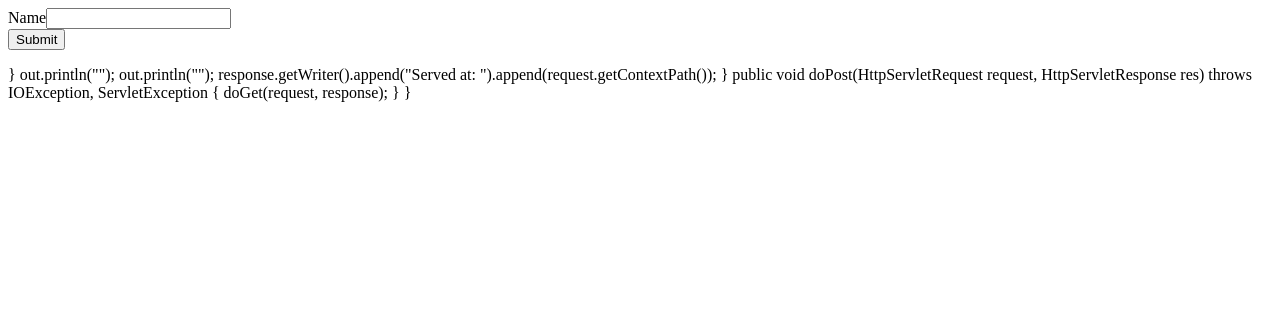
Repository: umng/Learn-to-Program
Page: Java/CTS_SFDC/workspace/Validate Player details/WebContent/index.html
An editor plug-in stored every save of this project. The page is shown before and after the next save, followed by the edit.
The browser window is 1280 px wide. The pictures show the whole page.

Above is the page before, as saved 2017-02-23 08:32:39.

### Java/CTS_SFDC/workspace/Validate Player details/WebContent/index.html
<html>
	<body>
		<form action="Welcome" method="GET">
			Name<input type=text name=name>
			<br>
			<input type=submit name=submit>
		</form>
	</body>
</html>
        }
        out.println("</body>");
        out.println("</html>");
		response.getWriter().append("Served at: ").append(request.getContextPath());
    }

    public void doPost(HttpServletRequest request, HttpServletResponse res)
    throws IOException, ServletException
    {
        doGet(request, response);
    }
}

After the next save:
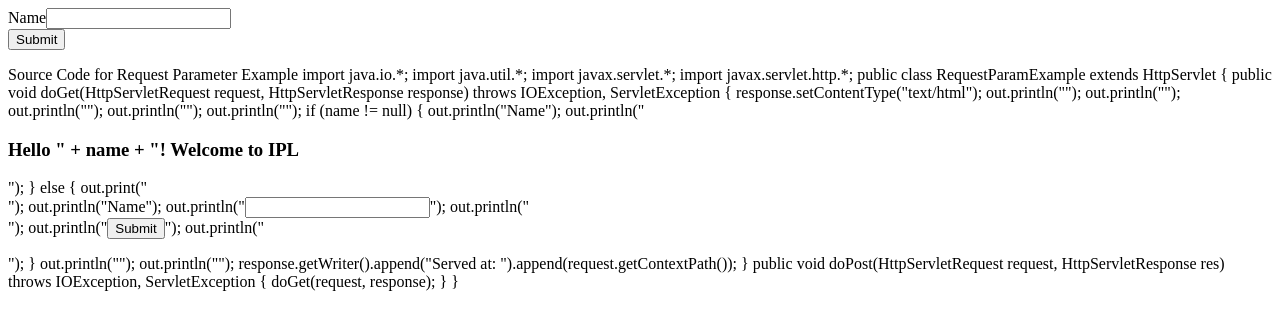
Saved 6 s later.
--- a/Java/CTS_SFDC/workspace/Validate Player details/WebContent/index.html
+++ b/Java/CTS_SFDC/workspace/Validate Player details/WebContent/index.html
@@ -7,6 +7,38 @@
 		</form>
 	</body>
 </html>
+
+
+Source Code for Request Parameter Example
+
+import java.io.*;
+import java.util.*;
+import javax.servlet.*;
+import javax.servlet.http.*;
+
+public class RequestParamExample extends HttpServlet {
+
+    public void doGet(HttpServletRequest request, HttpServletResponse response)
+    throws IOException, ServletException
+    {
+        response.setContentType("text/html");
+        out.println("<html>");
+        out.println("<head>");
+        out.println("<title>Welcome Servlet</title>");
+        out.println("</head>");
+        out.println("<body>");
+        if (name != null) {
+            out.println("Name");
+            out.println("<h3>Hello " + name + "! Welcome to IPL</h3>");
+        } else {
+	        out.print("<form action=\"");
+	        out.print("index.html\" ");
+	        out.println("method=GET>");
+	        out.println("Name");
+	        out.println("<input type=text name=name>");
+	        out.println("<br>");
+	        out.println("<input type=submit name=submit>");
+	        out.println("</form>");
         }
         out.println("</body>");
         out.println("</html>");
